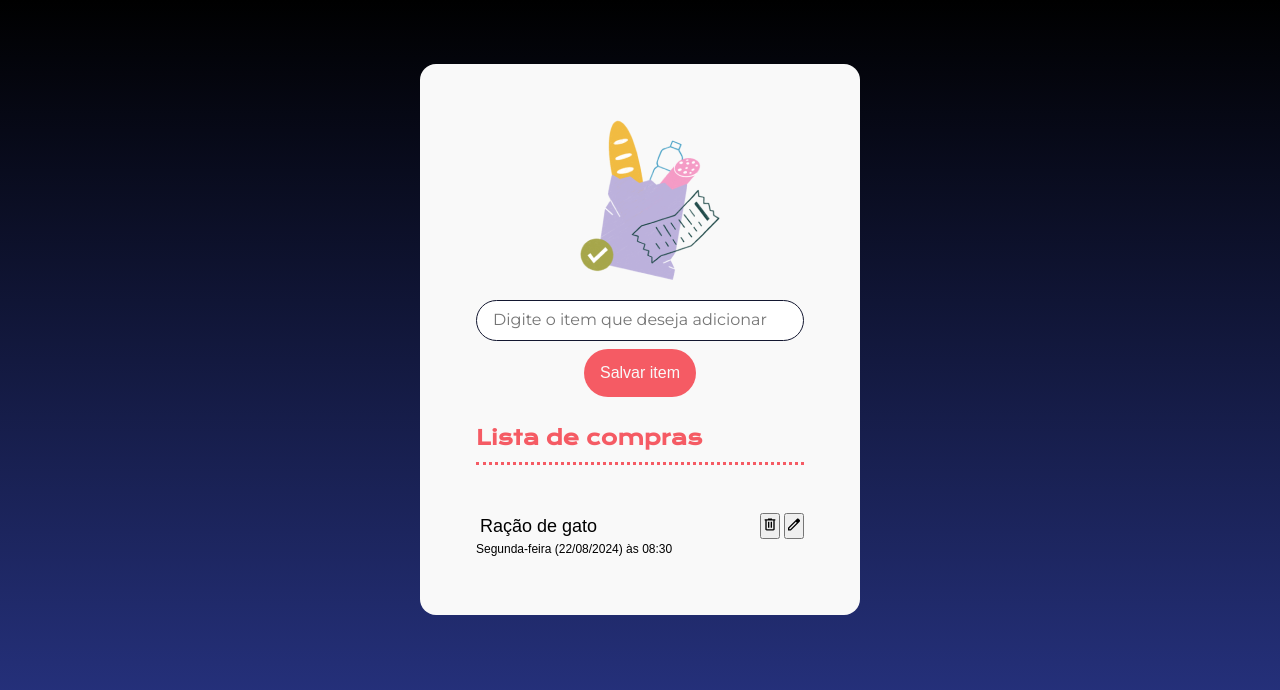
Repository: joaoPraiaJunior/compras_js
Page: index.html
An editor plug-in stored every save of this project. The page is shown before and after the next save, followed by the edit.
The browser window is 1280 px wide. The pictures show the whole page.
Some web fonts or font styles are not loaded; a fallback is used.

Above is the page before, as saved 2024-08-22 21:33:55.

After the next save:
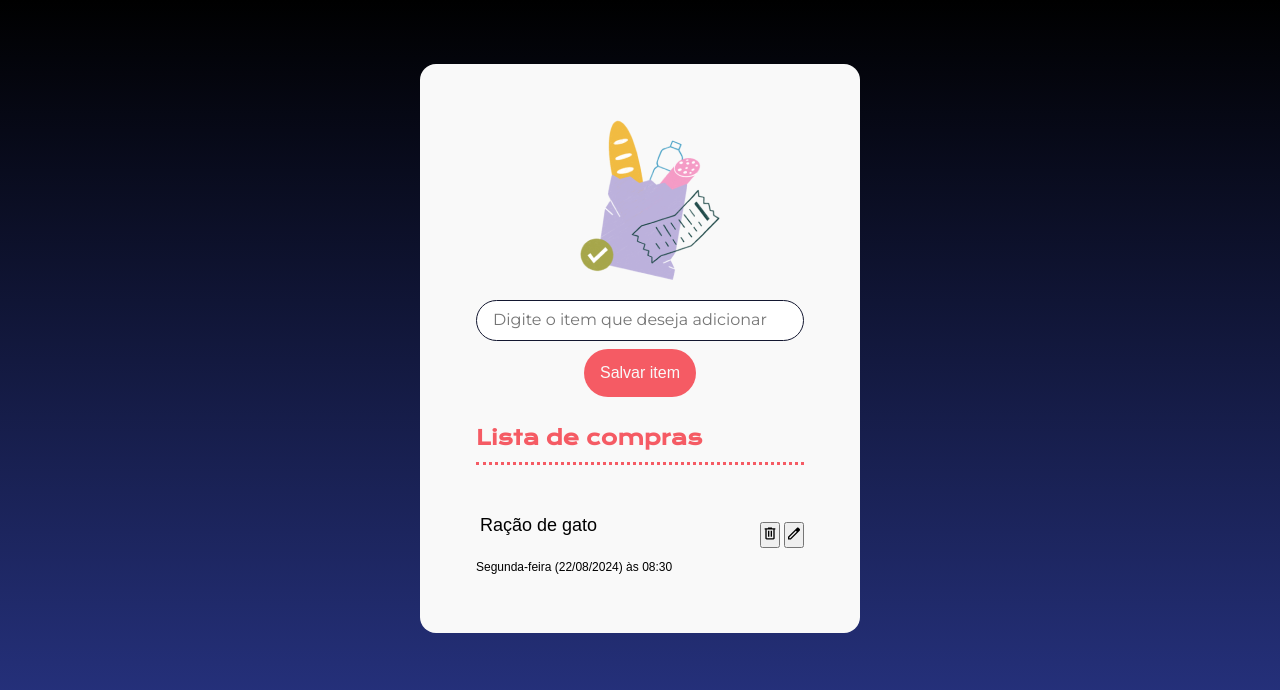
Saved 84 s later.
--- a/css/styles.css
+++ b/css/styles.css
@@ -136,3 +136,9 @@ p, label {
     width: 0;
     height: 0;
 }
+
+.checkbox__customizado {
+    background-color: var(--neutro);
+    width: 2.0rem;
+    height: 2.0rem;
+}
